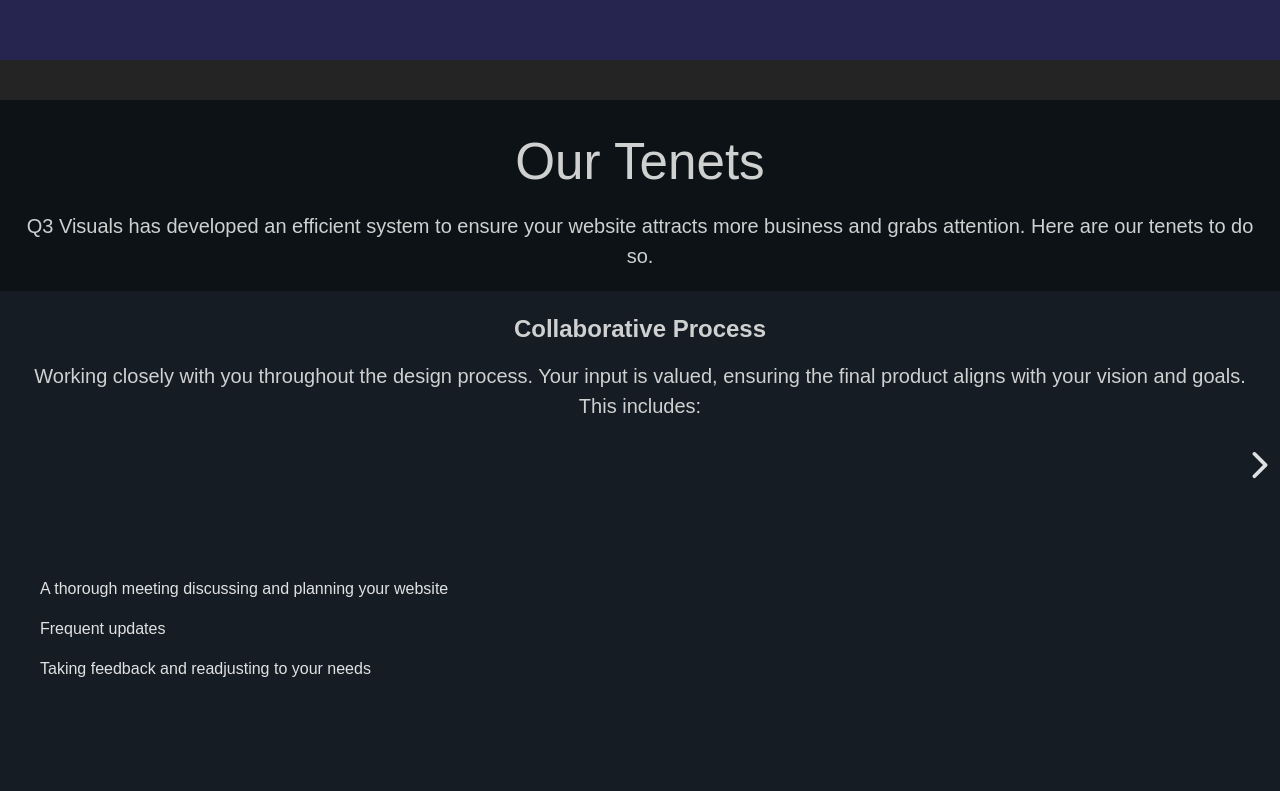
Repository: TMuse333/quantumDesigns
Page: /process
These files come from the project's save history. The page is drawn as it stood at one moment and after a run of saves; the edit follows.
The browser window is 1280 px wide. The pictures show the whole page.
The project was rebuilt for these pictures with package versions that can differ from the ones it lists, and the page was loaded fresh each time. Also part of the build but not shown: vite.config.js, src/styles/herobanner.css, src/components/Herobanner.jsx, src/components/intro.jsx, src/styles/tenets.css, src/components/tenets.jsx, src/styles/work.css, src/components/work.jsx and 6 more.

Above is the page before, as saved 2023-12-16 19:36:43.

After the next 2 saves:
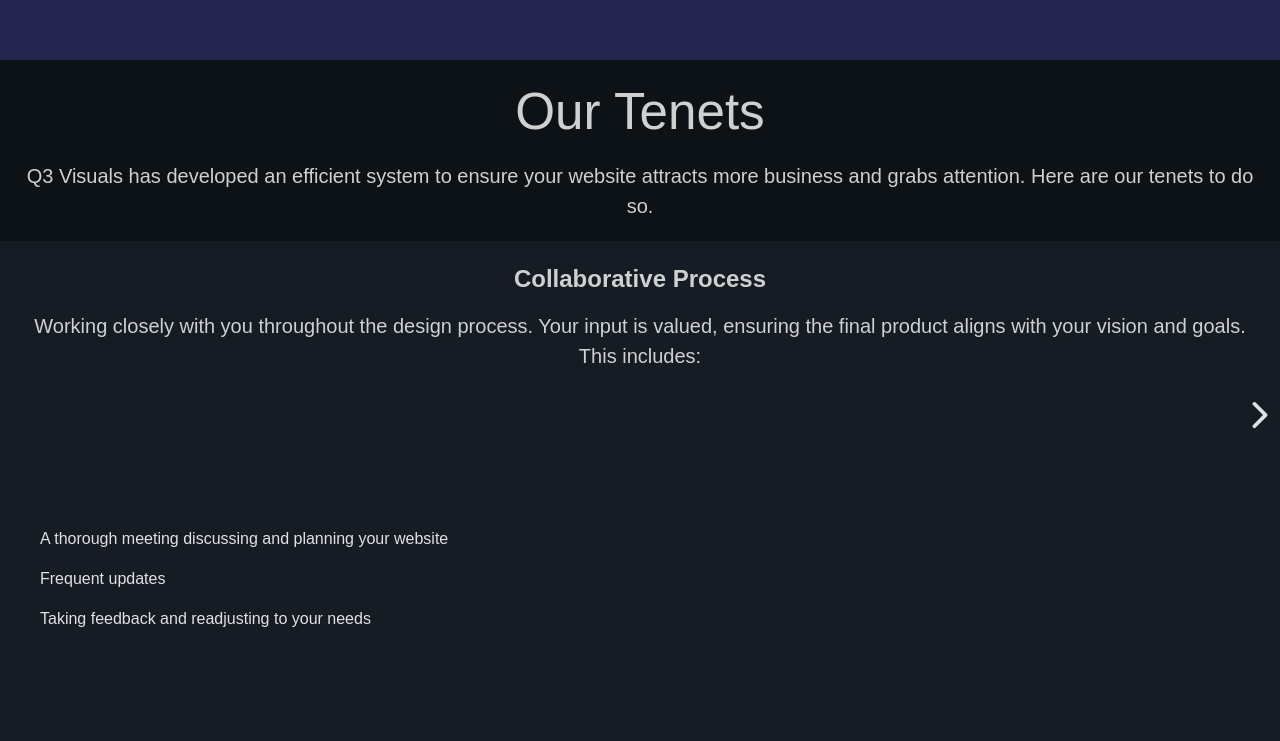
The 2 saves are shown as one change because they came seconds apart.
The last was saved 7 s later.
--- a/src/styles/process.css
+++ b/src/styles/process.css
@@ -2,7 +2,7 @@
     width:100vw;
     background-color: var(--primary-color);
     position:absolute;
-    top:100px;
+    top:50px;
     left:0;
 
 }
